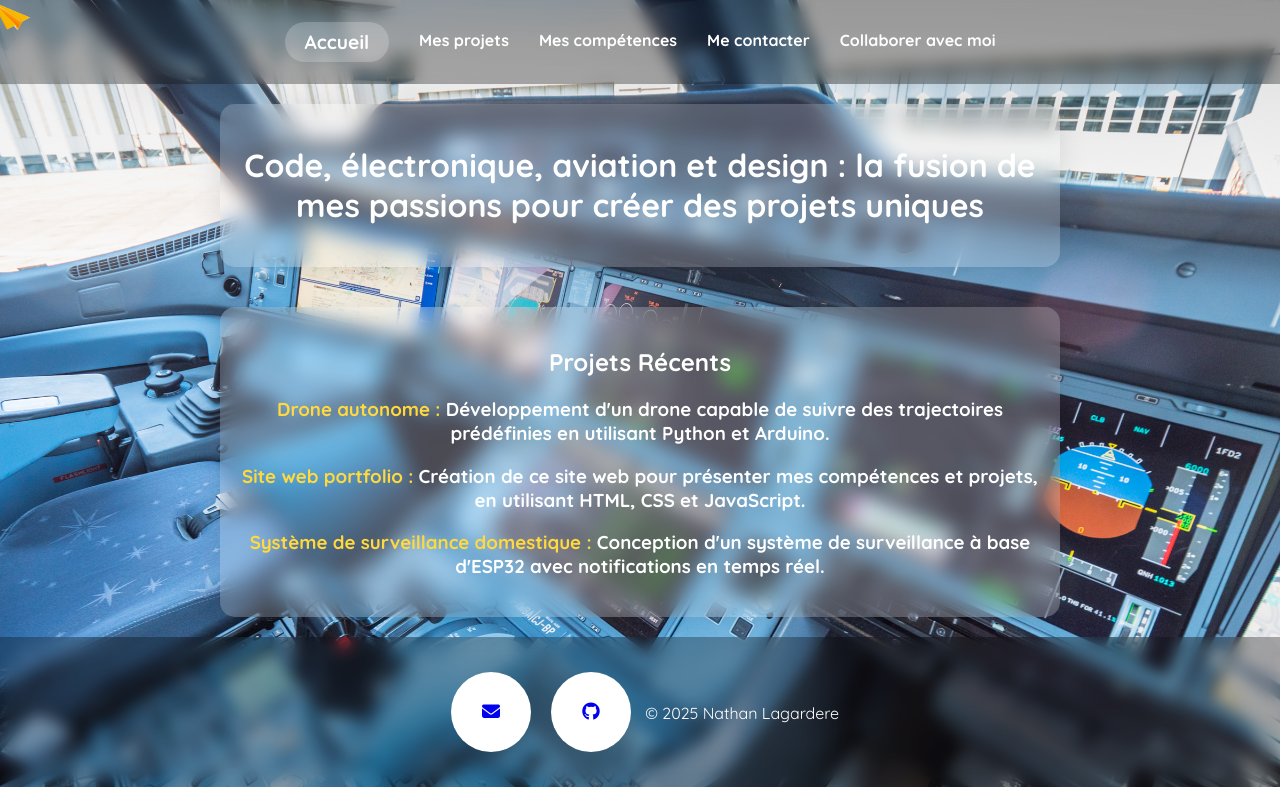
Repository: nlagardere/myportfolio
Page: index - Copie.html
An editor plug-in stored every save of this project. The page is shown before and after the next save, followed by the edit.
The browser window is 1280 px wide. The pictures show the whole page.

Above is the page before, as saved 2025-09-06 10:55:49.

After the next save:
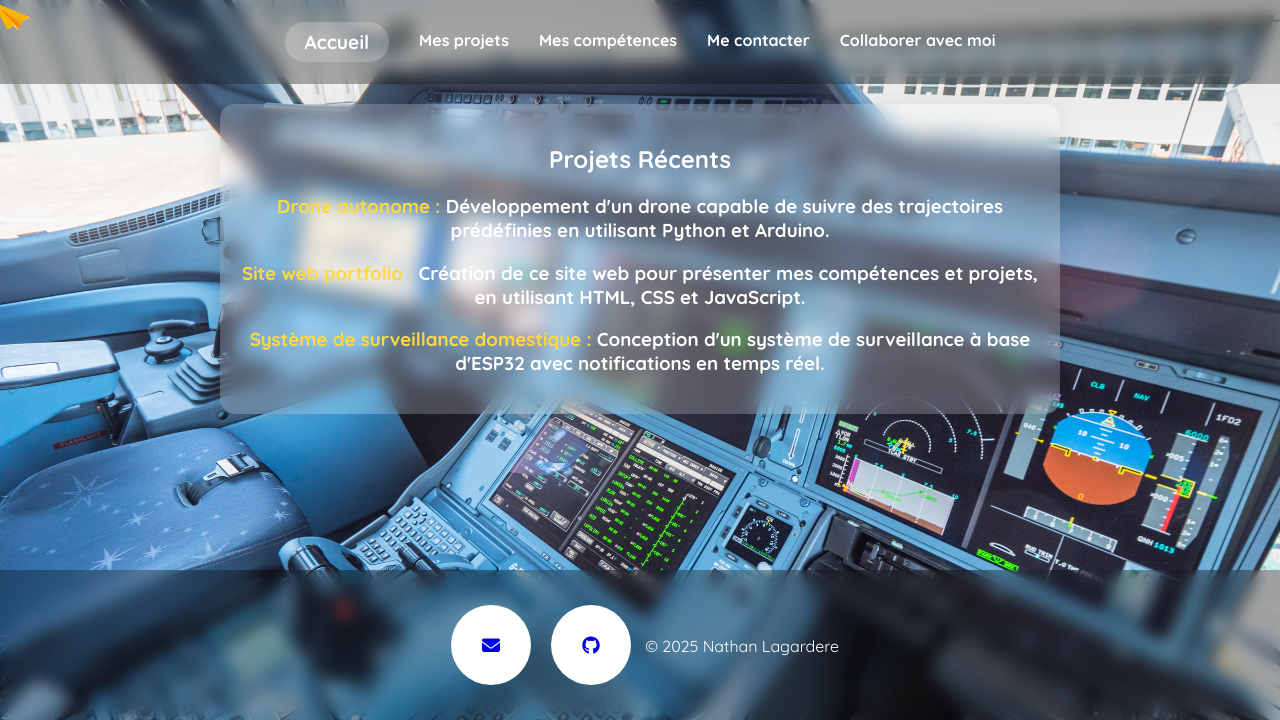
Saved 12 s later.
--- a/index - Copie.html
+++ b/index - Copie.html
@@ -229,11 +229,6 @@
     </nav>
   </header>
 
-  <div class="glasscard">
-    <h1>Code, électronique, aviation et design : la fusion de mes passions pour créer des projets uniques</h1>
-  </div>
-
-
 
   <div class="projects">
     <div class="glasscard">
